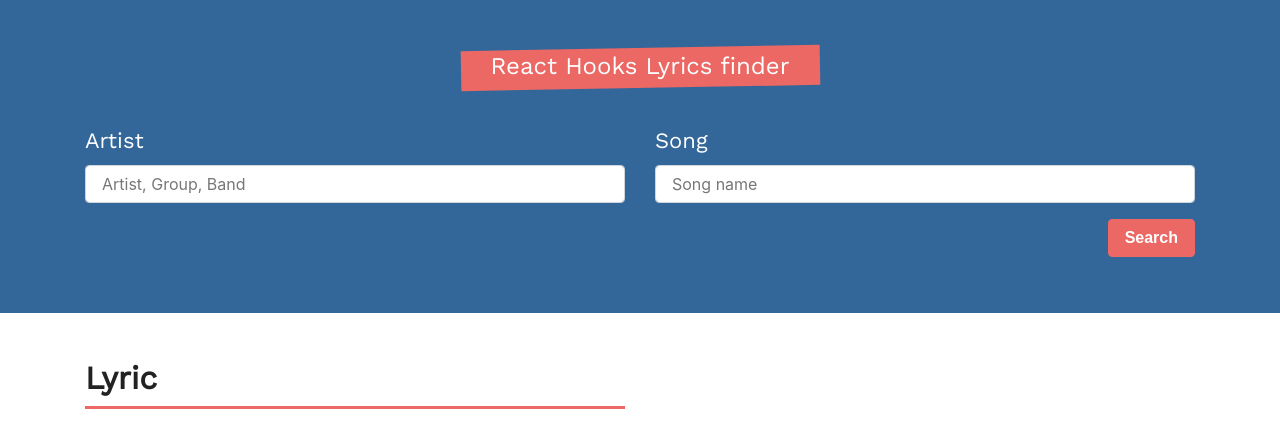
Repository: ppfeliuu/Lyrics-and-Band
Page: /
The author's editor kept a copy of each file at every save. The page is drawn from the files as they stood at one save, then again after the next save.
The browser window is 1280 px wide. The pictures show the whole page.
Some web fonts or font styles are not loaded; a fallback is used. The project was rebuilt for these pictures with package versions that can differ from the ones it lists, and the page was loaded fresh each time.

Above is the page before, as saved 2019-06-24 10:56:38.

After the next save:
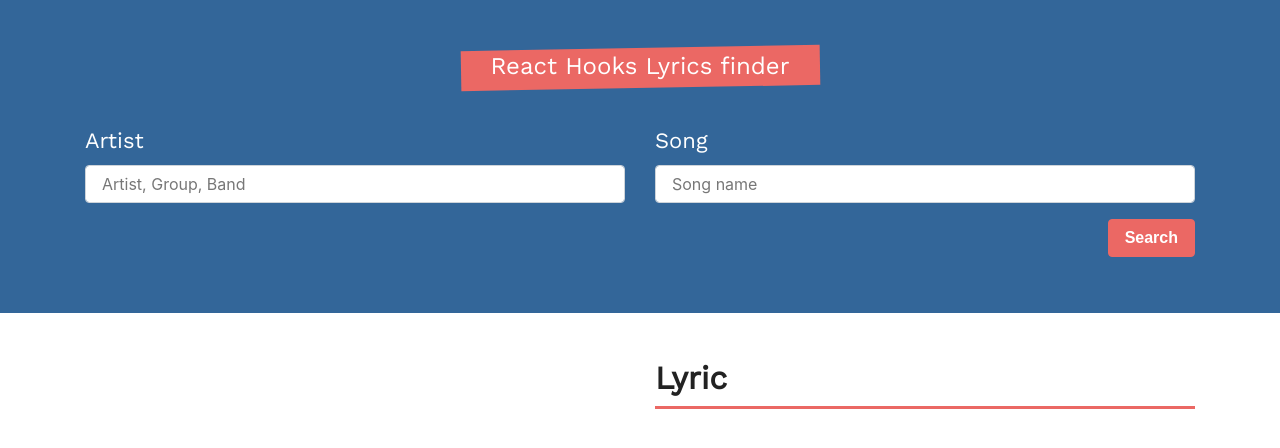
Saved 29 s later.
--- a/src/App.js
+++ b/src/App.js
@@ -34,12 +34,12 @@ function App() {
       <div className="container mt-5">
         <div className="row">
           <div className="col-md-6">
-            <Cancion
+
+          </div>
+          <div className="col-md-6">
+          <Cancion
               letra={letra}
             />
-          </div>
-          <div className="col-md-6">
-
           </div>
         </div>
       </div>
